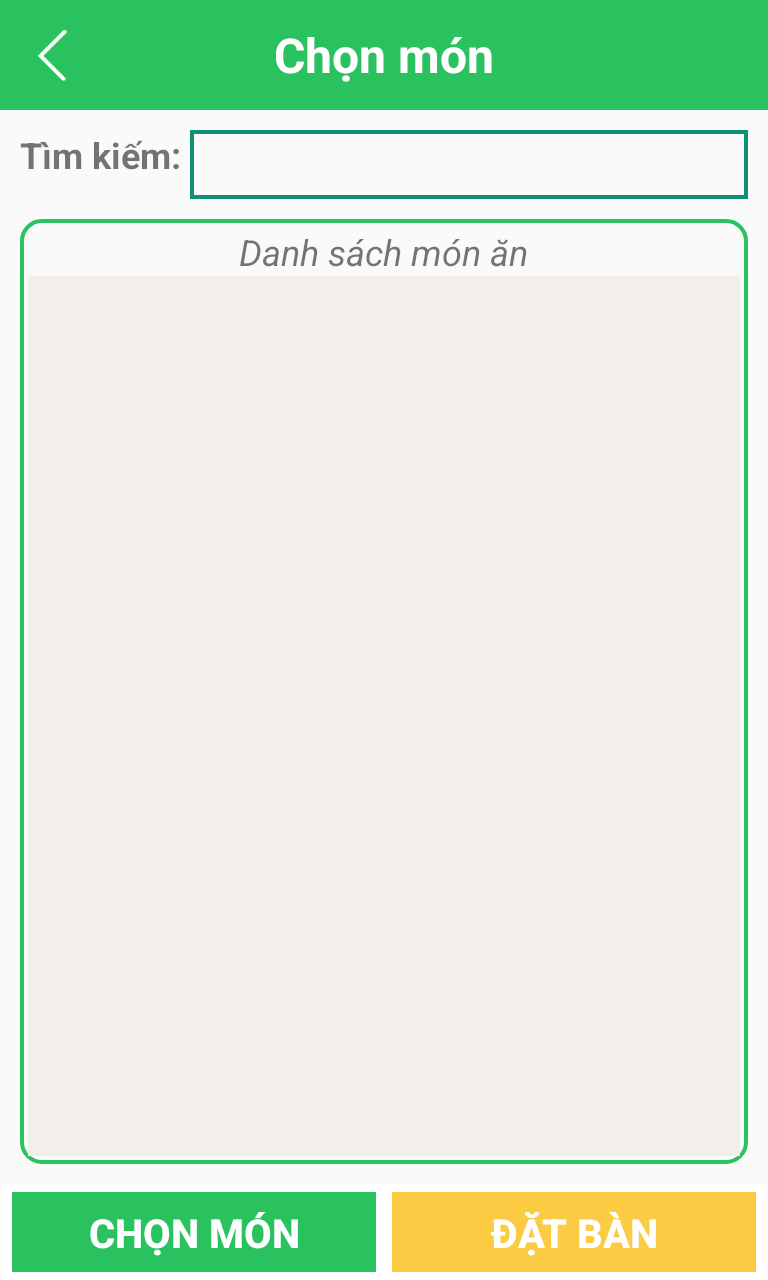
Repository: yenthanh132/Intelresment_AndroidClientApp
Layout: Intelresment/res/layout/activity_order.xml
An editor plug-in stored every save of this project. The layout is shown before and after a run of saves, followed by the edit.
It is drawn on a 768 x 1280 px phone screen (xhdpi) without system bars, with theme AppTheme; the app's code is not run. Lists and similar views that code fills are empty.

Above is the layout before, as saved 2014-12-27 07:52:37.

After the next 2 saves:
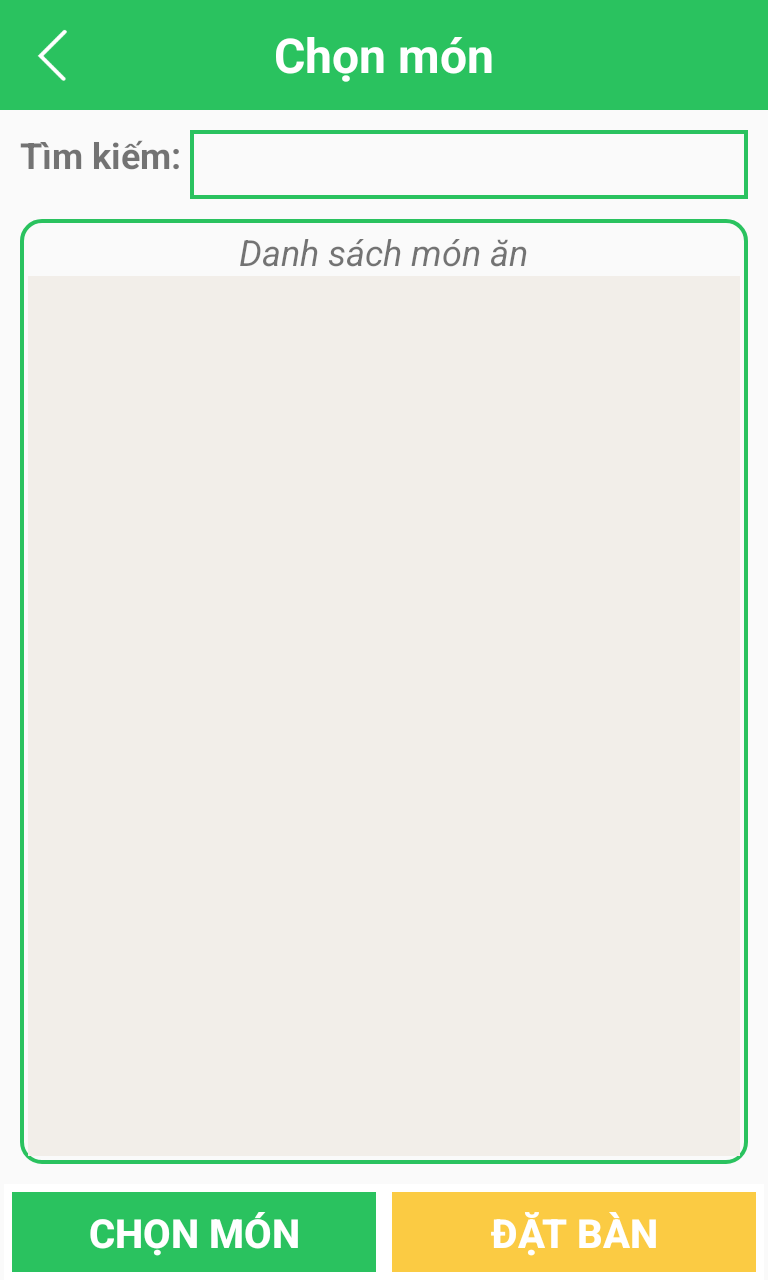
The 2 saves are shown as one change because 1 did not build or start.
The last was saved 50 s later.
--- a/Intelresment/res/drawable/edittext_drawable.xml
+++ b/Intelresment/res/drawable/edittext_drawable.xml
@@ -6,7 +6,7 @@
 
     <stroke
         android:width="2dp"
-        android:color="#0E9174" />
+        android:color="#2AC25F" />
 
     <padding
         android:bottom="5dp"
